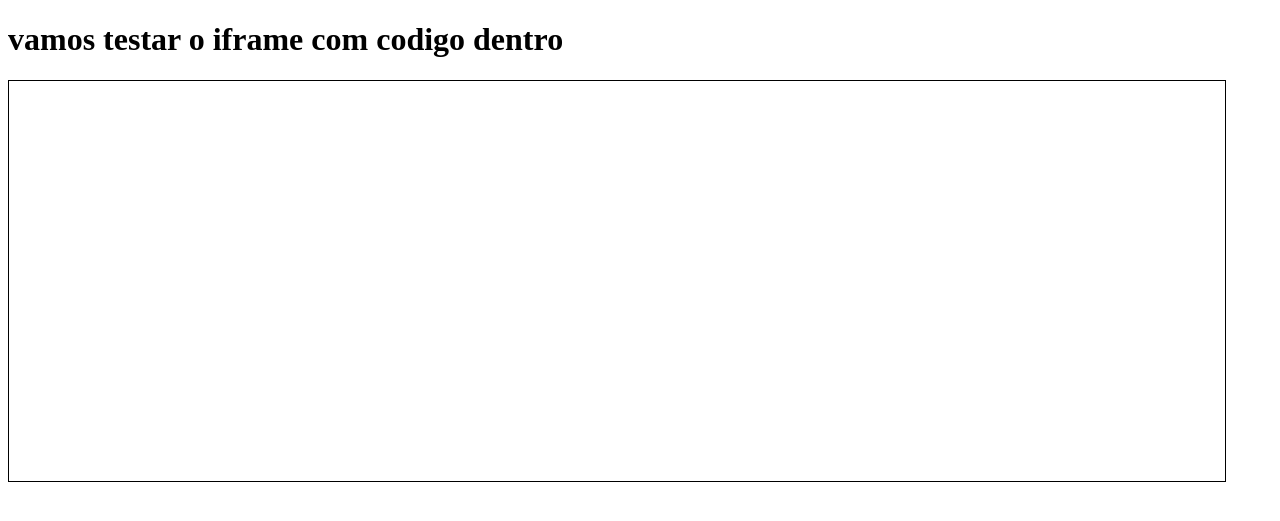
Repository: Lucianorodriguesdev/cursoHTML-CSS
Page: ex024/iframecodigo.html
These files come from the project's save history. The page is drawn as it stood at one moment and after the next save; the edit follows.
The browser window is 1280 px wide. The pictures show the whole page.

Above is the page before, as saved 2026-07-01 09:13:58.

After the next save:
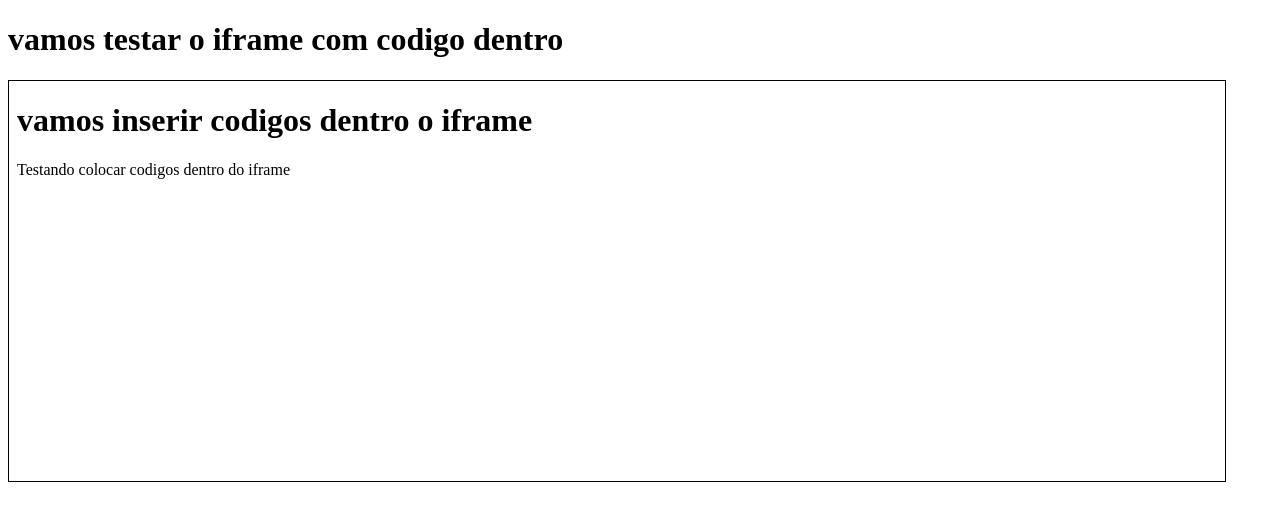
Saved 82 s later.
--- a/ex024/iframecodigo.html
+++ b/ex024/iframecodigo.html
@@ -14,7 +14,7 @@
 </head>
 <body>
     <h1>vamos testar o iframe com codigo dentro</h1>
-    <iframe srcdoc="" >
+    <iframe srcdoc="<h1> vamos inserir codigos dentro o iframe</h1> <p> Testando colocar codigos dentro do iframe</p>" >
 
     </iframe>
 
